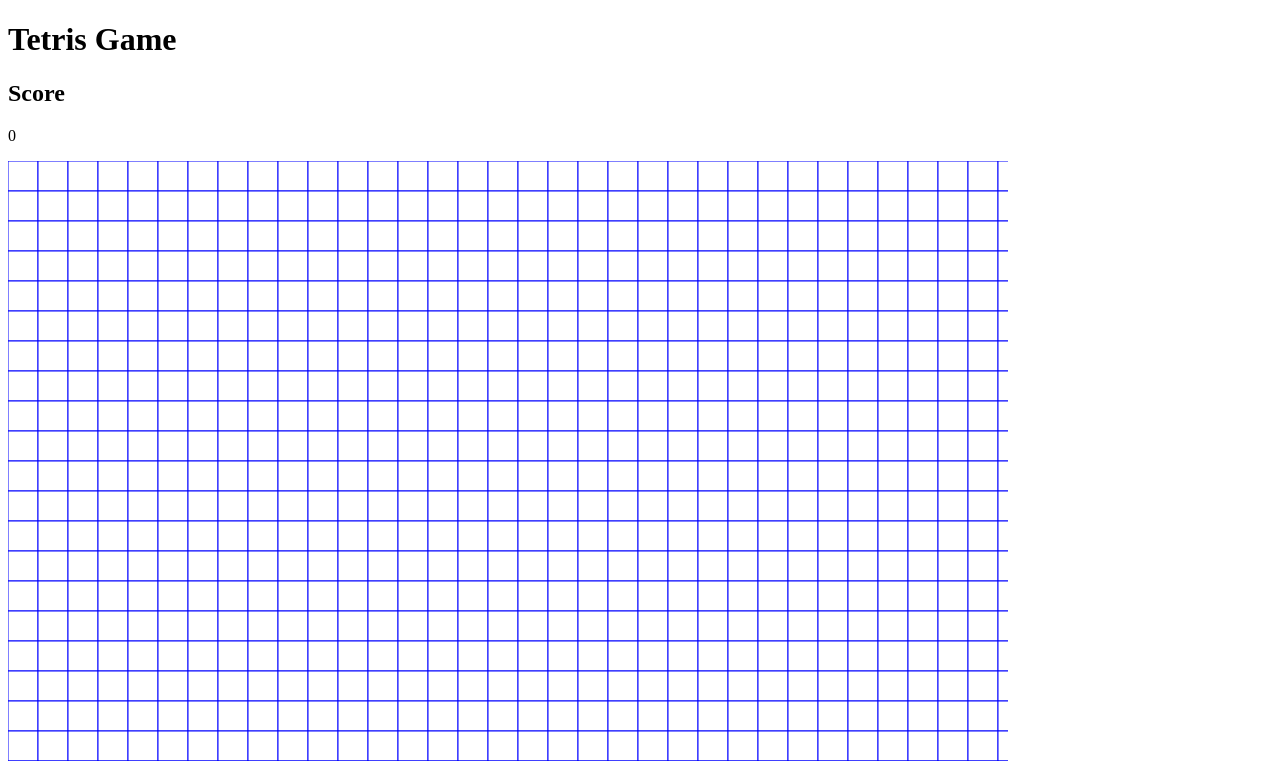
Repository: nlbien22/games
Page: Tetris/index.html
An editor plug-in stored every save of this project. The page is shown before and after the next save, followed by the edit.
The browser window is 1280 px wide. The pictures show the whole page.

Above is the page before, as saved 2024-11-14 21:54:27.

After the next save:
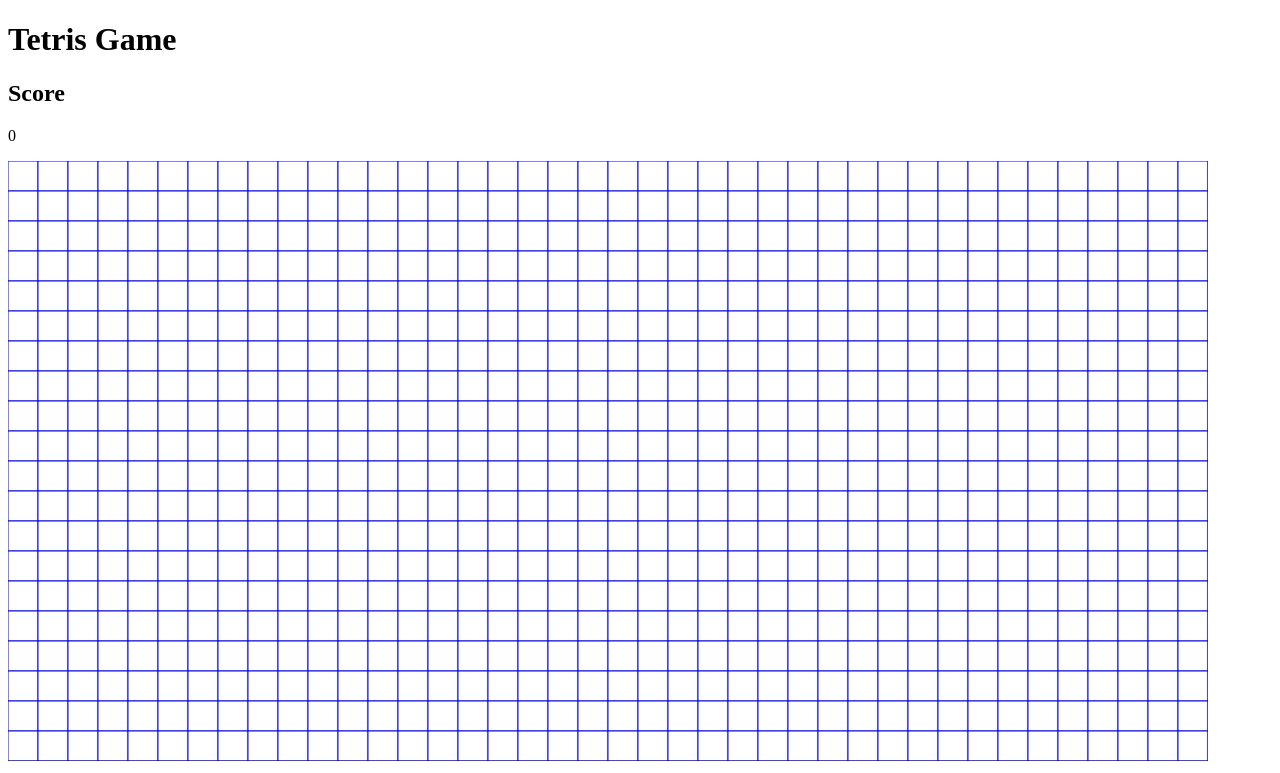
Saved 6 s later.
--- a/Tetris/index.html
+++ b/Tetris/index.html
@@ -12,7 +12,7 @@
         <p id="score">0</p>
     </div>
     <div class="game">
-        <canvas id="tetris" width="1000" height="600">
+        <canvas id="tetris" width="1200" height="600">
         </canvas>
     </div>
     <script src="script.js"></script>
